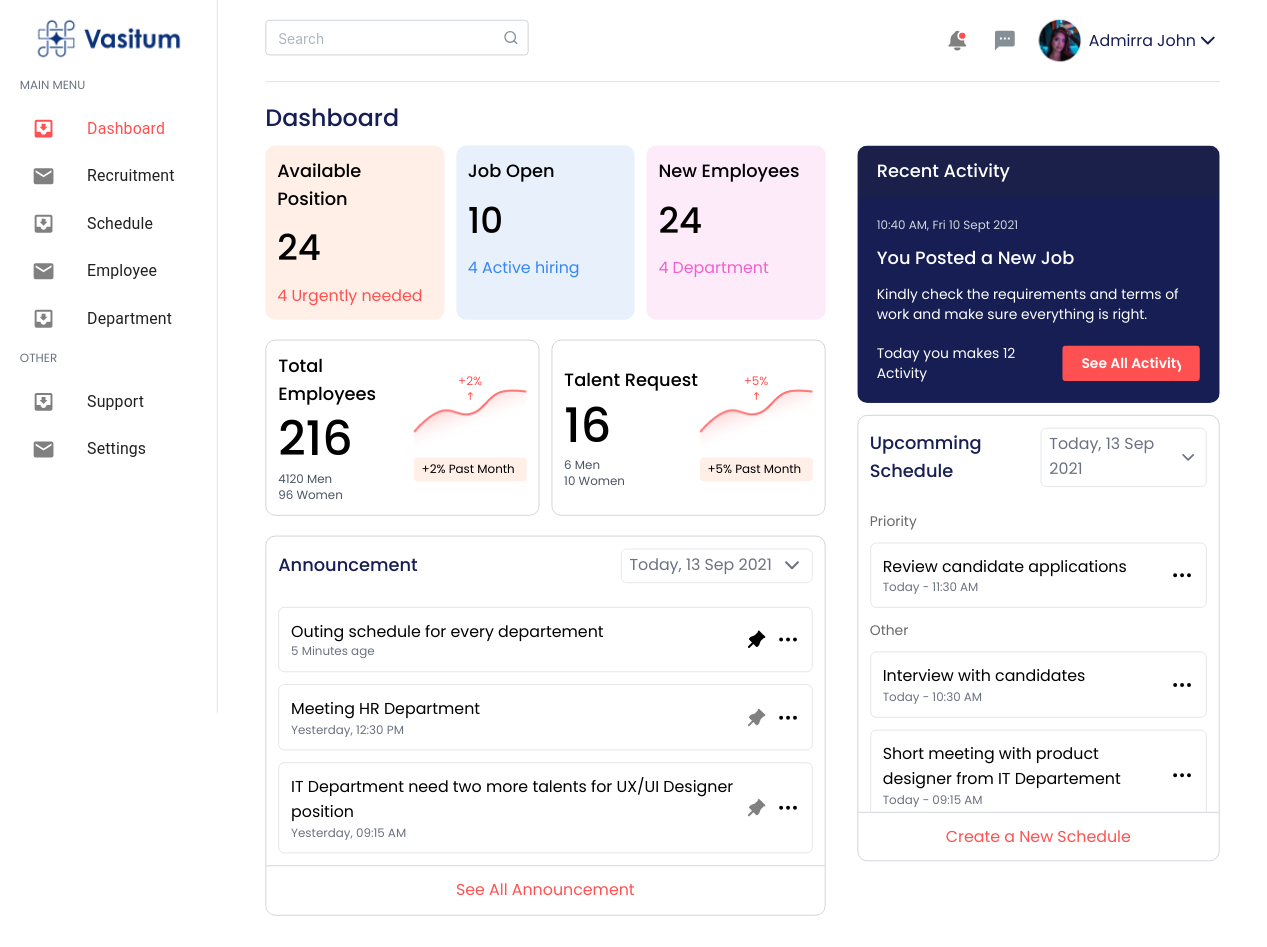
Repository: SatyaDewangan05/sample-dashboard
Page: /
An editor plug-in stored every save of this project. The page is shown before and after the next save, followed by the edit.
The browser window is 1280 px wide. The pictures show the whole page, at 99% of full size.
The project was rebuilt for these pictures with package versions that can differ from the ones it lists, and the page was loaded fresh each time. The framework's server and built-in components were replaced by stand-ins that run in the browser. Also part of the build but not shown: next.config.mjs.

Above is the page before, as saved 2024-09-22 10:00:57.

After the next save:
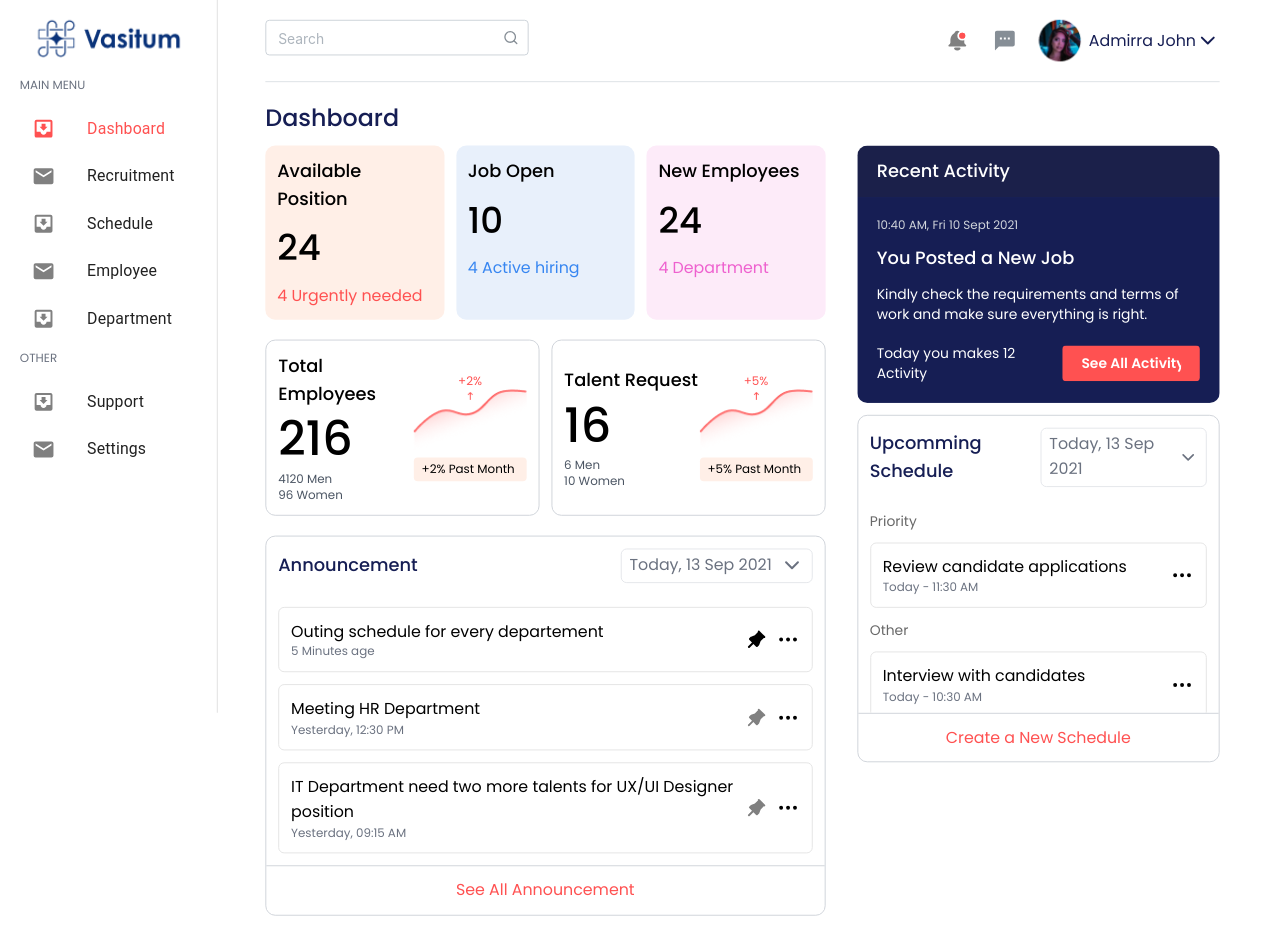
Saved 5 s later.
--- a/src/app/page.jsx
+++ b/src/app/page.jsx
@@ -218,7 +218,7 @@ export default function Home() {
                     <IconChevronDown />
                   </div>
                 </div>
-                <div className="max-h-[316px] p-3 flex flex-col gap-3 overflow-hidden">
+                <div className="max-h-[216px] p-3 flex flex-col gap-3 overflow-hidden">
                   <p className="text-sm text-[#686868]">Priority</p>
                   <Event
                     text="Review candidate applications"
